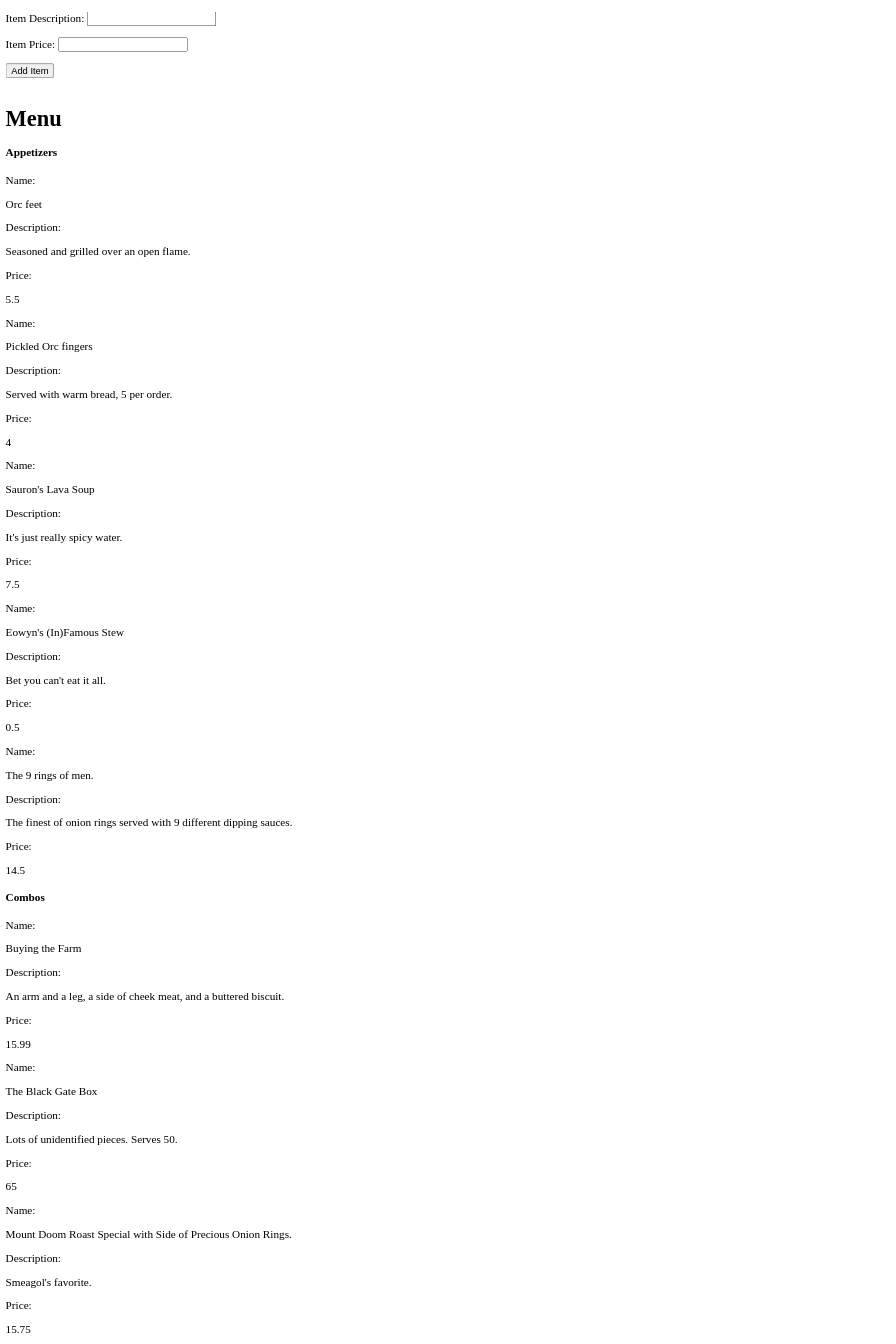
Repository: hudaali14/Carleton
Page: http://localhost/restaurants/0
The author's editor kept a copy of each file at every save. The page is drawn from the files as they stood at one save, then again after the next save.
The browser window is 1280 px wide. The pictures show the part of the page from y = 579 to 2499 px (the page is 3801 px tall before and 2373 px after), at 70% of full size.
The page is served by the project's Node server (server.js).

Above is the page before, as saved 2020-03-13 15:23:09.
Console error (its wording comes from the project's code and is left out).

After the next save:
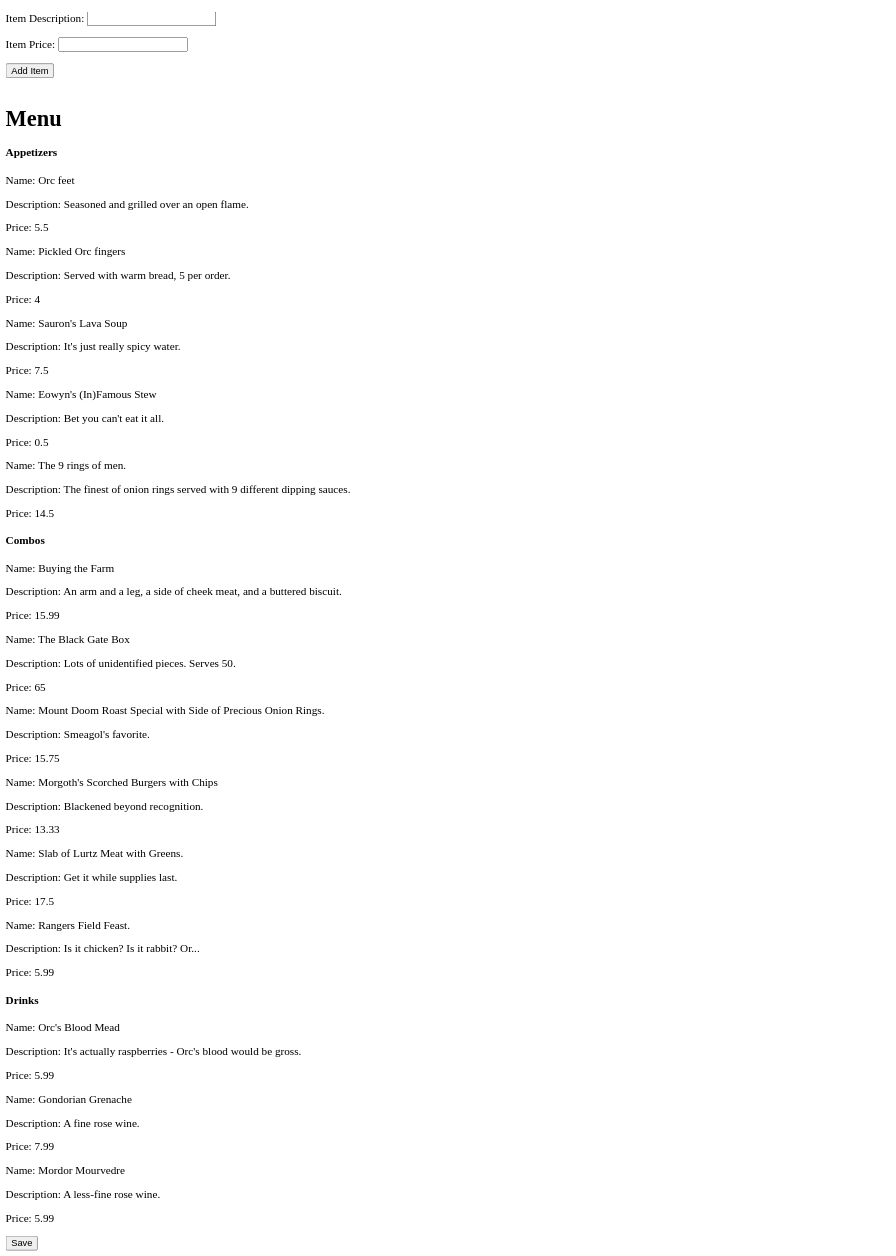
Saved 71 s later.
--- a/2406/Assignments/Assignment3 (100)/views/pages/restaurantpage.pug
+++ b/2406/Assignments/Assignment3 (100)/views/pages/restaurantpage.pug
@@ -55,13 +55,13 @@ body
             - let item = restaurant.menu[category][id];
             p
                 | Name:
-                p #{item.name}
+                | #{item.name}
             p
                 | Description:
-                p #{item.description}
+                | #{item.description}
             p
                 | Price:
-                p #{item.price}
+                | #{item.price}
 
     button(type="button", id="save") Save
 
